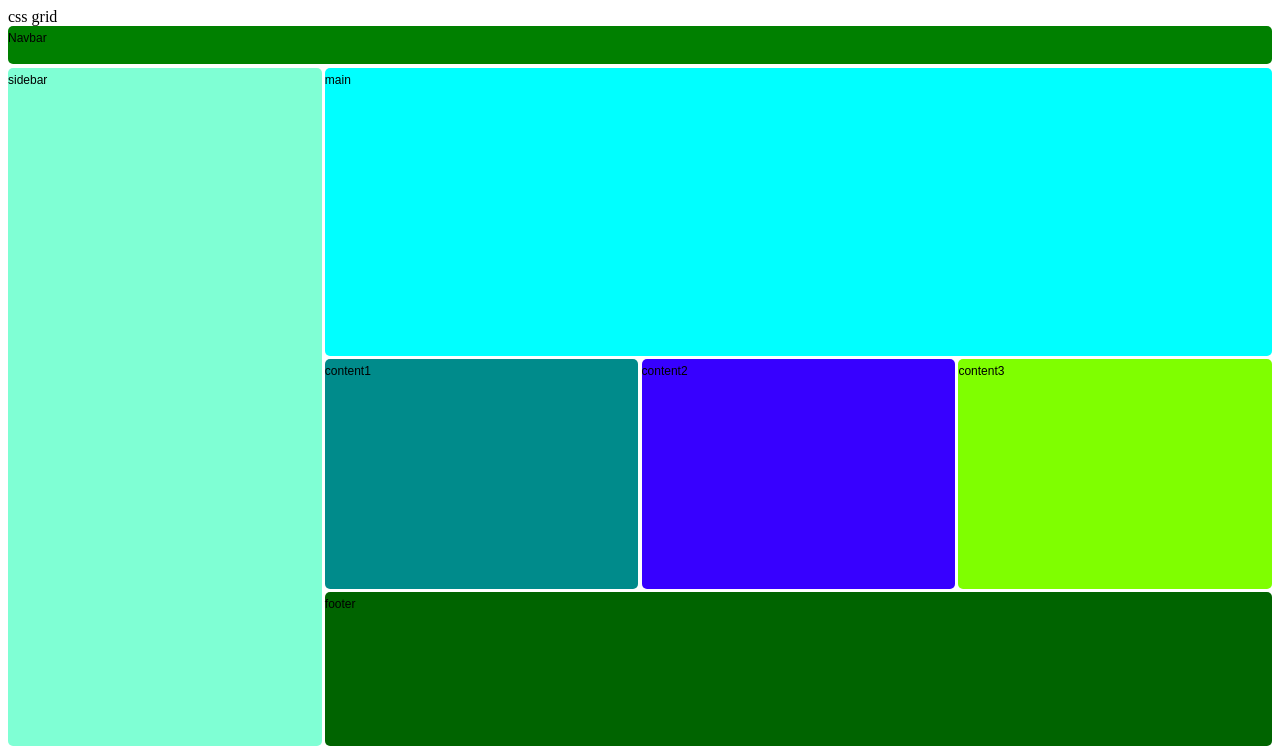
Repository: miraclesamson/cssgrid
Page: index.html
These files come from the project's save history. The page is drawn as it stood at one moment and after the next save; the edit follows.
The browser window is 1280 px wide. The pictures show the whole page.

Above is the page before, as saved 2022-06-25 05:07:59.

After the next save:
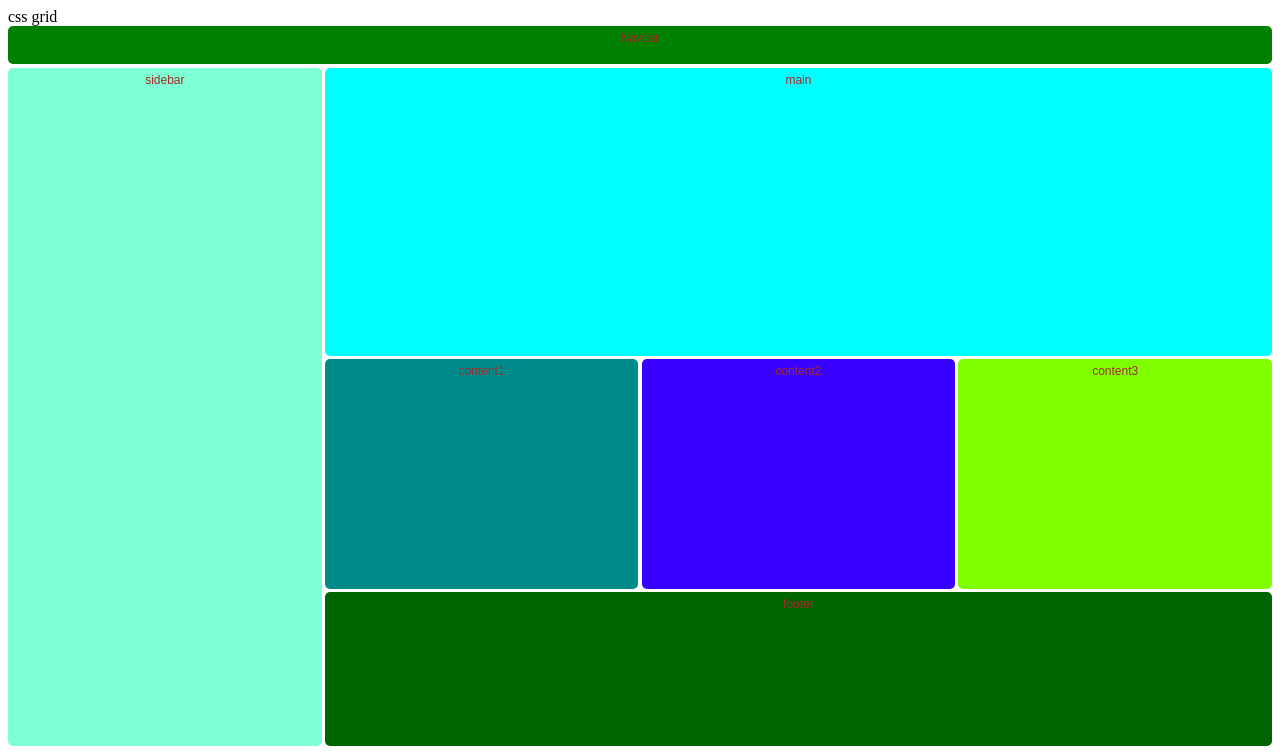
Saved 45 s later.
--- a/style.css
+++ b/style.css
@@ -17,6 +17,8 @@
   font-style: 800;
   text-overflow: uppercase;
   font-size: 12px;
+  text-align: center;
+  color: brown;
 }
 nav {
   background: green;
